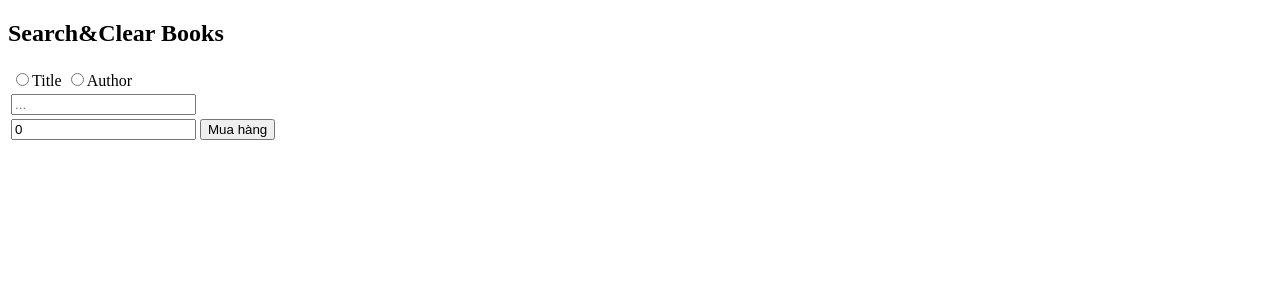
Repository: trangtruc/Java_NangCao
Page: http://localhost/Demo_Database/form.jsp
These files come from the project's save history. The page is drawn as it stood at one moment and after the next save; the edit follows.
The browser window is 1280 px wide. The pictures show the whole page.
The page is served by Tomcat 9. Other server files are loaded and not shown.

Above is the page before, as saved 2017-03-11 17:54:48.

### Buoi4/Demo_Database/WebContent/form.jsp
<%@ page language="java" contentType="text/html; charset=ISO-8859-1"
    pageEncoding="UTF-8"%>
<%@page import="servlet.*" %>
<%@page import="java.util.ArrayList" %>
<!DOCTYPE html PUBLIC "-//W3C//DTD HTML 4.01 Transitional//EN" "http://www.w3.org/TR/html4/loose.dtd">
<html>
<head>
<meta http-equiv="Content-Type" content="text/html; charset=ISO-8859-1">
<title>Insert title here</title>
 <script type="text/javascript">
            function kt(){
                var s=document.getElementById("sl").value;
                if(isNaN(s) || s<=0)
                    return false;
                return true;
            }
</script>
</head>
<body>
	<h2>Search&Clear Books</h2>
	<form method="POST" action="Myeshop.jsp">
	<table>
		<tr>
			<td>
				<input type="radio" name="ra" value="title"/>Title
				<input type="radio" name="ra" value="author"/>Author
			</td>
		</tr>
		<tr>
			<td>
				<input type="text" name="timkiem" placeholder="..."/>
			</td>
		</tr>
		<tr>
			<td>
			<input name="soluong" value="0" id="sl" />
            <input type="hidden" name="action" value="muahang"/>
            <input type="submit" value="Mua hàng" onclick="return kt()"/>

			</td>
		</tr>

	</table>
	</form>

</body>
</html>

After the next save:
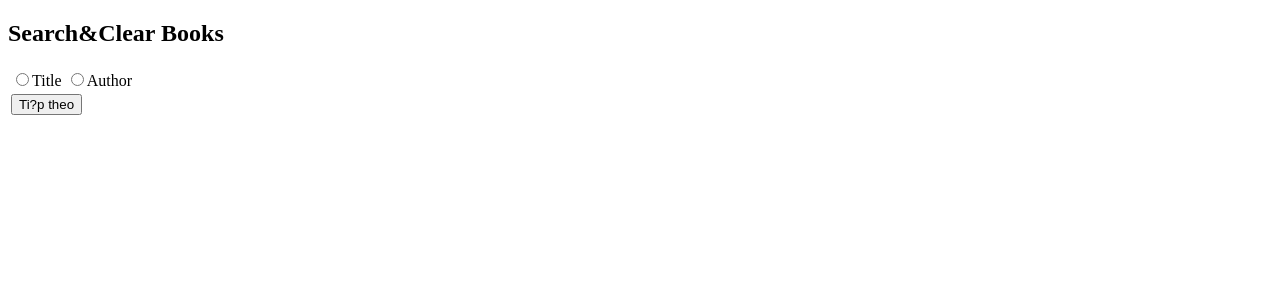
Saved 106 s later.
--- a/Buoi4/Demo_Database/WebContent/form.jsp
+++ b/Buoi4/Demo_Database/WebContent/form.jsp
@@ -1,20 +1,11 @@
 <%@ page language="java" contentType="text/html; charset=ISO-8859-1"
     pageEncoding="UTF-8"%>
-<%@page import="servlet.*" %>
-<%@page import="java.util.ArrayList" %>
 <!DOCTYPE html PUBLIC "-//W3C//DTD HTML 4.01 Transitional//EN" "http://www.w3.org/TR/html4/loose.dtd">
 <html>
 <head>
 <meta http-equiv="Content-Type" content="text/html; charset=ISO-8859-1">
-<title>Insert title here</title>
- <script type="text/javascript">
-            function kt(){
-                var s=document.getElementById("sl").value;
-                if(isNaN(s) || s<=0)
-                    return false;
-                return true;
-            }
-</script>
+<title>Check</title>
+
 </head>
 <body>
 	<h2>Search&Clear Books</h2>
@@ -26,16 +17,10 @@
 				<input type="radio" name="ra" value="author"/>Author
 			</td>
 		</tr>
+
 		<tr>
 			<td>
-				<input type="text" name="timkiem" placeholder="..."/>
-			</td>
-		</tr>
-		<tr>
-			<td>
-			<input name="soluong" value="0" id="sl" />
-            <input type="hidden" name="action" value="muahang"/>
-            <input type="submit" value="Mua hàng" onclick="return kt()"/>
+            <input type="submit" value="Tiếp theo"/>
 
 			</td>
 		</tr>
